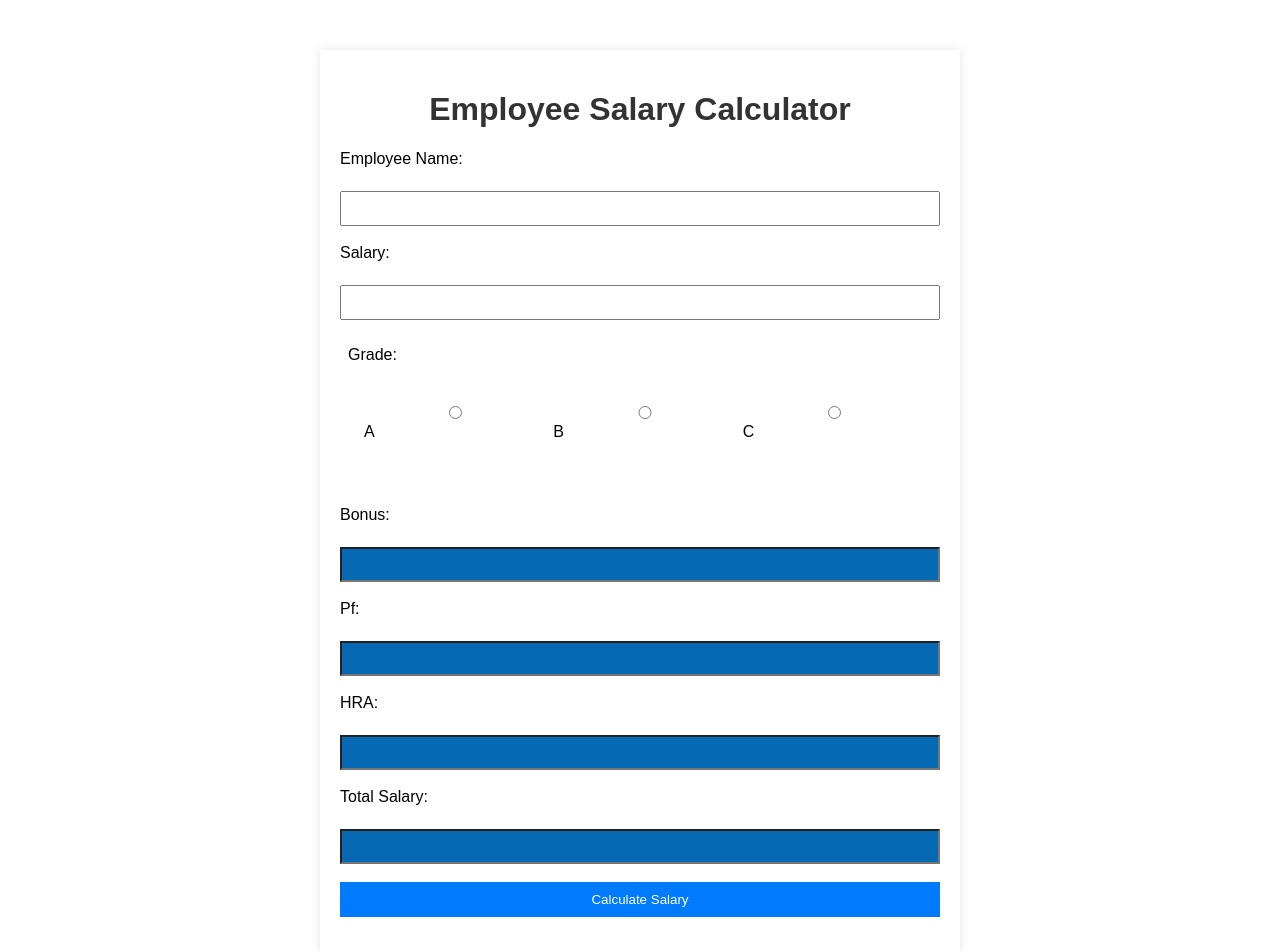
Repository: SimOneGraCias11/Montran_Training
Page: HTML,CSS,JS/public/employee.html
An editor plug-in stored every save of this project. The page is shown before and after the next save, followed by the edit.
The browser window is 1280 px wide. The pictures show the whole page.

Above is the page before, as saved 2024-08-08 20:43:14.

### HTML,CSS,JS/public/employee.html
<!DOCTYPE html>
<html lang="en">
<head>
<meta charset="UTF-8">
<title>Employee Salary calculator</title>

<style >
body{
	font-family:Arial,sans-serif;
	background-color:rgb(255, 255, 255);
	margin:0;
	padding:0;
}

.container{
margin:auto;
	background-color:#fff;
	padding:20px;
	box-shadow:0 0 10px rgba(0,0,0,0.1);
	width:50%;
	margin-top:50px;
}

h1{
	text-align:center;
	color:#333;
}

form{
	margin-bottom:15px;
}
label{
	margin-bottom:5px;
	display:block;
}

input,div{
	padding:8px;
box-sizing:border-box;
width:100%;
}

.form-group .radio-group{
display:flex;
justify-content:space-between;
}

.form-group .radio-group label{
margin-right:5px;
}

button{
width:100%;
	padding:10px;
	background-color:#007bff;
	color:#fff;
	border:none;
	cursor:pointer;

}

button:hover{
	background-color:#0056b3;
}


input[readonly]{
	background-color:#0569b3;
}


</style>
</head>


<body>
	<div class="container">
		<h1>Employee Salary Calculator</h1>

		<form id="salaryform" >

			<label for="empname">Employee Name:</label><br>

			<input type="text" id="empname" name="empname"><br> <br>

			 <label for="salary">Salary:</label><br> <input type="number" id="salary" name="salary "><br> <br>
			 <div class="form-group">

				 <label > Grade:</label><br>
			<div class="radio-group">
			<div>
				<input type="radio" id="gradeA" name="grade" value="A">
				<label for="gradeA">A</label>
				</div>
				<div>
				 <input type="radio" id="gradeB" name="grade" value="B">
				 				<label for="gradeB">B</label>
				 </div>
				 <div>
					<input type="radio" id="gradeC" name="grade" value="C">
									<label for="gradeC">C</label>
					</div>
			</div>
			</div>
			<br> <br> <label for="bonus">Bonus:</label><br>
			<input type="text" id="bonus" name="bonus " readonly><br> <br>
			<label for="pf">Pf:</label><br>
			 <input type="text" id="pf"name="pf" readonly><br> <br>
			  <label for="hra">HRA:</label><br>
			<input type="text" id="hra" name="hra" readonly><br> <br>
			<label for="totalsalary">Total Salary:</label><br>
			 <input type="text" id="totalsalary" name="totalsalary" readonly><br>
			<br>

			<button type="button" onclick="calculate()">Calculate Salary</button>
		</form>
	</div>
	<script >
	function calculate(){

		const name=document.getElementById('empname').value;

		const salary=parseFloat(document.getElementById('salary').value) || 0;
		let bonus=0;

		const grade=document.querySelector('input[name="grade"]:checked')?.value;
		if(grade =='A'){
			bonus=salary*0.10;

		}else if(grade=='B'){
			bonus=salary*0.05;
		}else if(grade =='C'){
			bonus=salary*0.03;
		}
		const hra=salary*0.20;
		const pf=salary*0.035;
		const total=bonus+salary+hra-pf;

		document.getElementById('bonus').value=bonus.toFixed(2);
		document.getElementById('hra').value=hra.toFixed(2);
		document.getElementById('pf').value=pf.toFixed(2);
		document.getElementById('totalsalary').value.toFixed(2);

		alert('Employee name :${empname}\n Salary : ${salary}\nGrade: ${grade}\nBonus: ${bonus.toFixed(2)}\nHRA: ${hra.toFixed(2)}\nPF: ${pf.toFixed(2)}\nTotal Salary: ${totalsalary.toFixed(2)}');
	}

	document.querySelector('button').addEventListener('mouseover',function(){
		this.style.backgroundColor="##0056b3";
	});

		document.querySelector('button').addEventListener('mouseout',function(){
			this.style.backgroundColor='#007bff';
		});

	</script>
</body>
</html>

After the next save:
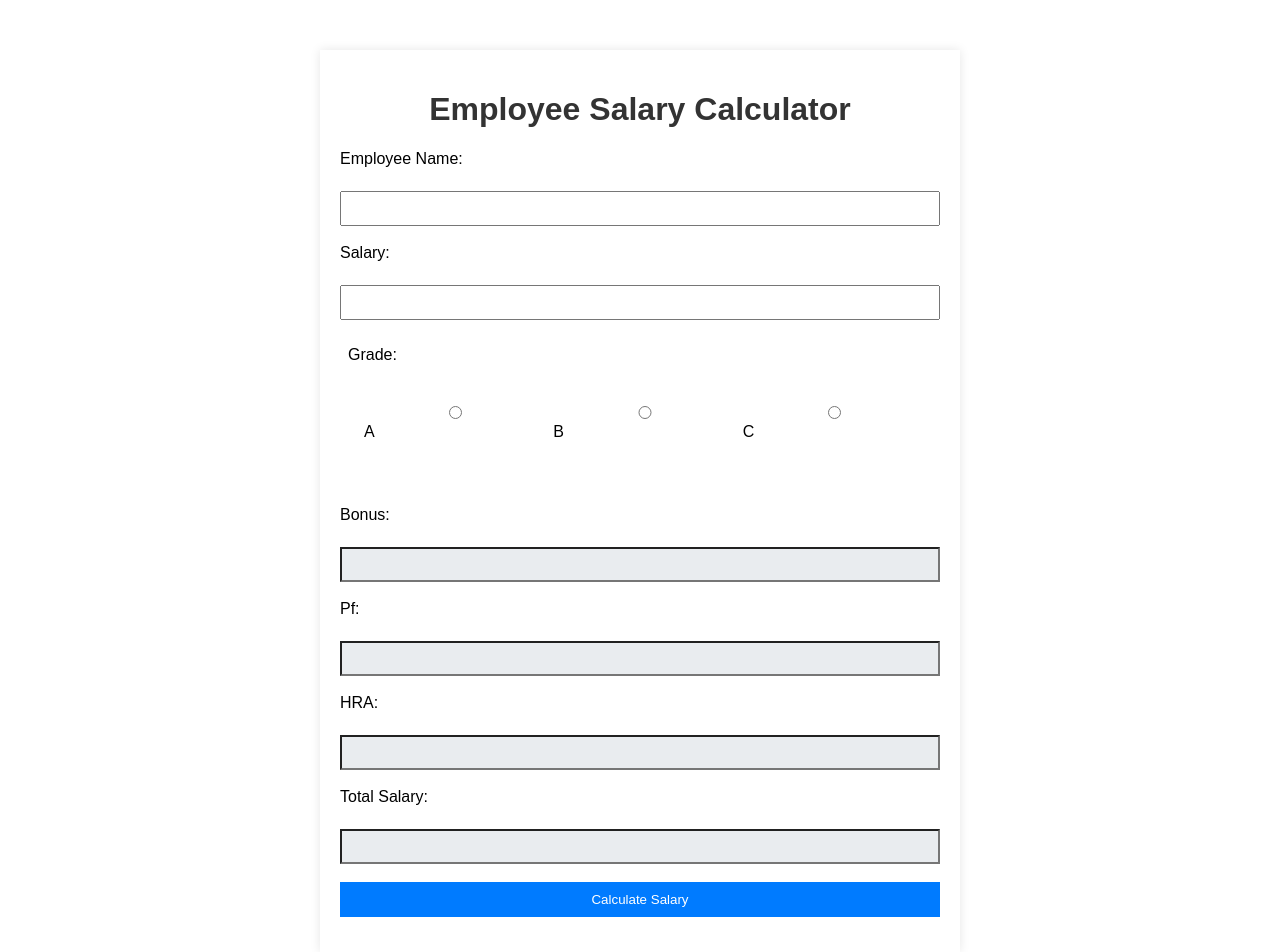
Saved 8 min 53 s later.
--- a/HTML,CSS,JS/public/employee.html
+++ b/HTML,CSS,JS/public/employee.html
@@ -65,7 +65,8 @@ button:hover{
 
 
 input[readonly]{
-	background-color:#0569b3;
+	background-color:#e9ecef;
+	color:#495057;
 }
 
 
@@ -141,7 +142,7 @@ input[readonly]{
 		document.getElementById('pf').value=pf.toFixed(2);
 		document.getElementById('totalsalary').value.toFixed(2);
 
-		alert('Employee name :${empname}\n Salary : ${salary}\nGrade: ${grade}\nBonus: ${bonus.toFixed(2)}\nHRA: ${hra.toFixed(2)}\nPF: ${pf.toFixed(2)}\nTotal Salary: ${totalsalary.toFixed(2)}');
+		alert('Employee name :${name}\n Salary : ${salary}\nGrade: ${grade}\nBonus: ${bonus.toFixed(2)}\nHRA: ${hra.toFixed(2)}\nPF: ${pf.toFixed(2)}\nTotal Salary: ${total.toFixed(2)}');
 	}
 
 	document.querySelector('button').addEventListener('mouseover',function(){
